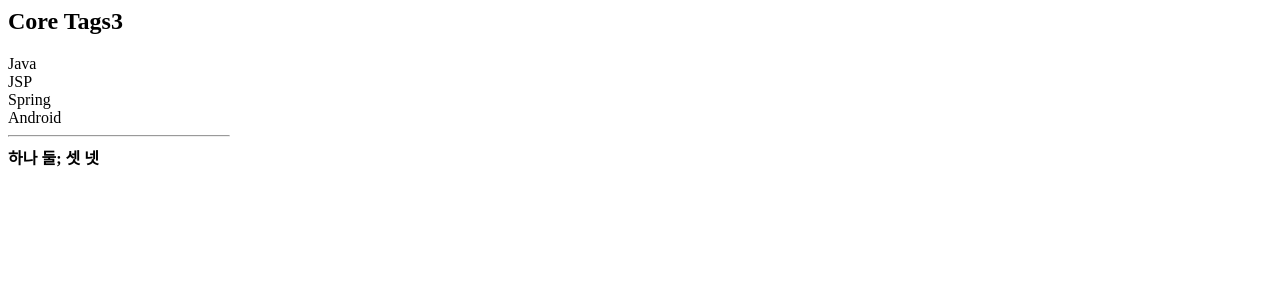
Repository: zboizz/JAVA_practice
Page: http://localhost/myapp/jstl/coreTags6.jsp
The author's editor kept a copy of each file at every save. The page is drawn from the files as they stood at one save, then again after the next save.
The browser window is 1280 px wide. The pictures show the whole page.
The page is served by Tomcat 9. Nobody is signed in. The application's start-up code is not run.

Above is the page before, as saved 2020-01-02 06:19:54.

After the next save:
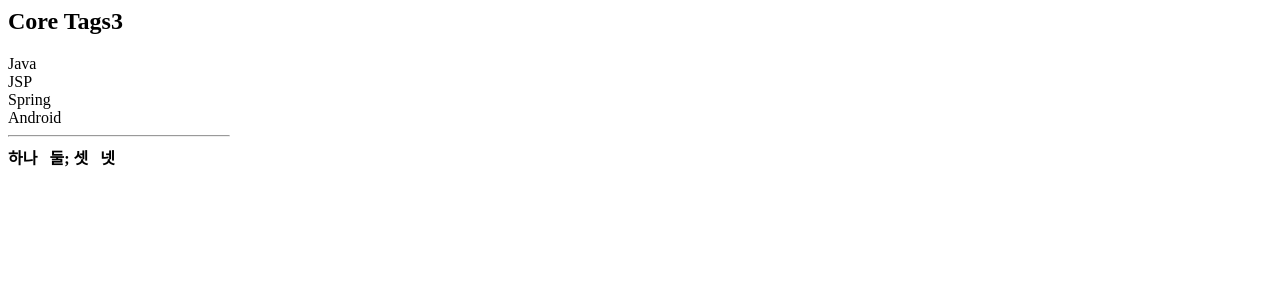
Saved 11 s later.
--- a/myapp/WebContent/jstl/coreTags6.jsp
+++ b/myapp/WebContent/jstl/coreTags6.jsp
@@ -12,5 +12,5 @@
 <hr align="left" width="220"/>
 <c:set var="s" value="<%=str2%>"/>
 <c:forTokens var="st" items="${s}" delims=",:">
-	<b>${st}</b>
+	<b>${st}</b> &nbsp;
 </c:forTokens>
